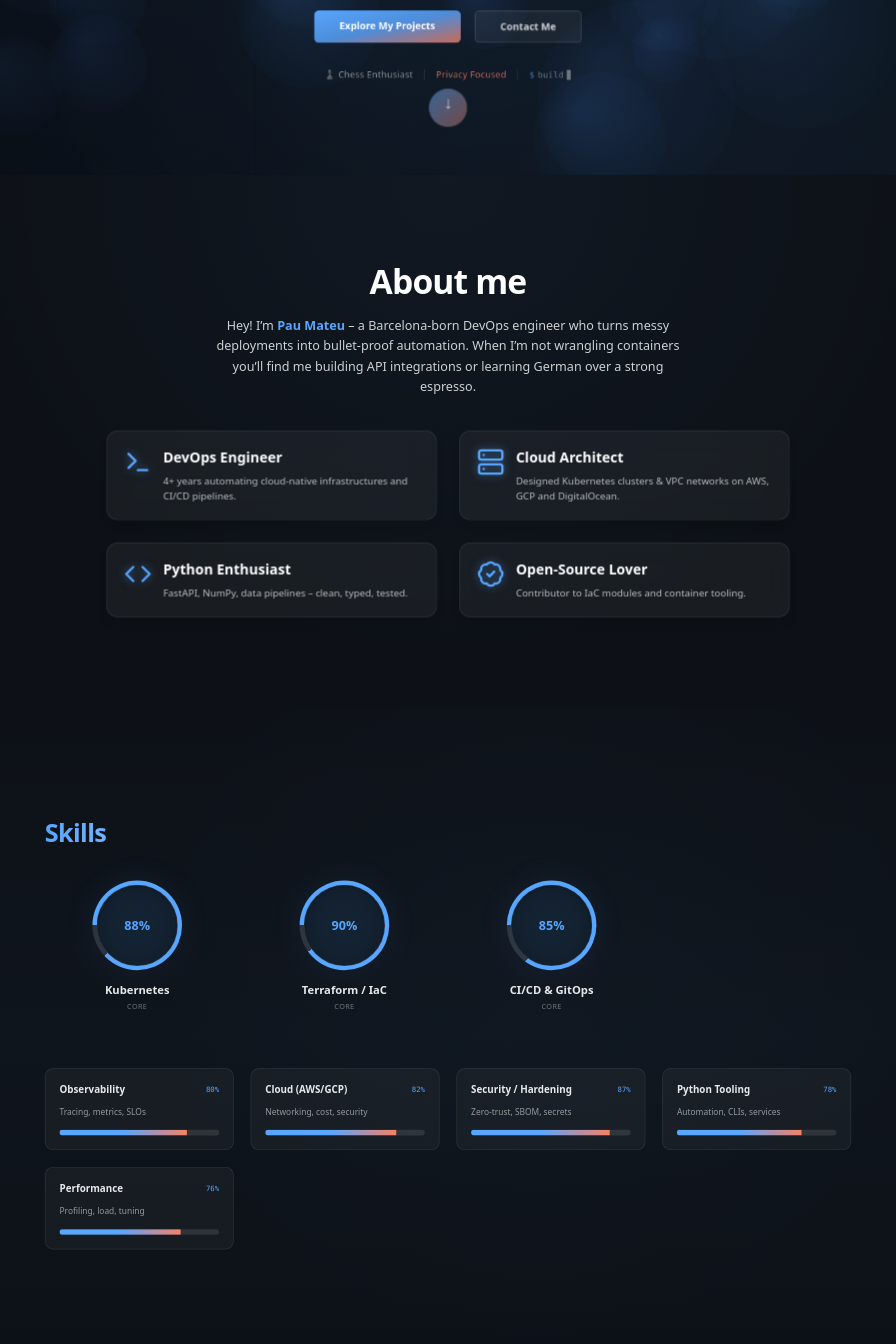
Repository: ElStevenn/webpage
Page: /
These files come from the project's save history. The page is drawn as it stood at one moment and after the next save; the edit follows.
The browser window is 1280 px wide. The pictures show the part of the page from y = 470 to 2390 px (the page is 2415 px tall before and 2580 px after), at 70% of full size.
The project was rebuilt for these pictures with package versions that can differ from the ones it lists, and the page was loaded fresh each time. The framework's server and built-in components were replaced by stand-ins that run in the browser. Also part of the build but not shown: next.config.ts.

Above is the page before, as saved 2025-07-21 15:03:48.

### src/app/layout.tsx
// src/app/layout.tsx
import type { ReactNode } from 'react'
import '../app/globals.css'
import '@/styles/background.css'
import Header from '@/components/Header'

export const metadata = {
  title: 'Pau Mateu',
  description: 'Portfolio – DevOps & Backend',
}

export default function RootLayout({ children }: { children: ReactNode }) {
  return (
    <html lang="es">
      <body className="bg-[#0D1117] text-[#C9D1D9] antialiased">
        <Header />
        {children}
      </body>
    </html>
  )
}

### src/app/page.tsx
import HeroSection from '@/components/HeroSection'
import AboutSection from '@/components/AboutSection'
import SkillsSection from '@/components/SkillsSection'
import ScrollProgressBar from '@/components/ScrollProgressBar'

export default function HomePage() {
  return (
    <main>
      <ScrollProgressBar />
      <HeroSection />
      <AboutSection />
      <SkillsSection />
    </main>
  )
}

### src/app/globals.css
@tailwind base;
@tailwind components;
@tailwind utilities;


html { scroll-behavior: smooth; }
body::-webkit-scrollbar { width: 10px; }
body::-webkit-scrollbar-track { background:#0d1117; }
body::-webkit-scrollbar-thumb {
  background: linear-gradient(#1b2733,#283647);
  border-radius:20px;
  border:2px solid #0d1117;
}
body::-webkit-scrollbar-thumb:hover { background: linear-gradient(#283647,#395068); }


html, body {
  scroll-behavior: smooth;
}

body {
  cursor: url('/images/cursor.png') 16 16, auto;
}

/* Fallback para elementos interactivos si quieres */
a, button {
  cursor: url('/images/cursor.png') 16 16, pointer;
}

section { scroll-margin-top: 90px; }

### src/styles/background.css
/* --- Fondo base minimal --- */
:root {
    --bg-base-1:#06090f;
    --bg-base-2:#0d121b;
    --bg-base-3:#111b27;
    --bubble-blue:#58A6FF;
    --bubble-accent:#2f6ea9;
  }

  .bg-base-gradient {
    position:absolute;
    inset:0;
    background:
      radial-gradient(circle at 20% 25%, rgba(88,166,255,0.12), transparent 60%),
      radial-gradient(circle at 80% 70%, rgba(88,166,255,0.08), transparent 65%),
      linear-gradient(145deg,var(--bg-base-1),var(--bg-base-2) 45%,var(--bg-base-3));
    overflow:hidden;
  }

  /* Grain (muy sutil) */
  .bg-grain {
    position:absolute;
    inset:0;
    pointer-events:none;
    mix-blend-mode:overlay;
    opacity:.07;
    background-image:
      repeating-linear-gradient(0deg, rgba(255,255,255,0.04) 0 1px, transparent 1px 2px),
      repeating-linear-gradient(90deg, rgba(255,255,255,0.035) 0 1px, transparent 1px 2px);
    background-size: 300px 300px, 260px 260px;
    animation:grain-move 12s linear infinite;
  }

  @keyframes grain-move {
    0% { transform:translate(0,0); }
    100% { transform:translate(-300px,-300px); }
  }

  /* Opcional halo tenue detrás del contenido */
  .hero-halo {
    position:absolute;
    top:50%; left:50%;
    width:65vmax; height:65vmax;
    transform:translate(-50%,-50%);
    background:
      radial-gradient(circle at 50% 50%, rgba(88,166,255,0.10), transparent 60%);
    filter:blur(40px);
    pointer-events:none;
    opacity:.6;
  }

  /* Ajustes para contraste en el hero */
  .hero-overlay-fade {
    position:absolute;
    inset:0;
    background:linear-gradient(to bottom, rgba(0,0,0,0.4), rgba(0,0,0,0.65) 70%);
    pointer-events:none;
  }

### src/components/AboutSection.tsx
// About me section – scroll friendly, animated highlights
'use client'

import { motion } from 'framer-motion'
import { BadgeCheck, Code, Server, Terminal } from 'lucide-react'

const HIGHLIGHTS = [
  {
    Icon: Terminal,
    title: 'DevOps Engineer',
    blurb: '4+ years automating cloud‑native infrastructures and CI/CD pipelines.'
  },
  {
    Icon: Server,
    title: 'Cloud Architect',
    blurb: 'Designed Kubernetes clusters & VPC networks on AWS, GCP and DigitalOcean.'
  },
  {
    Icon: Code,
    title: 'Python Enthusiast',
    blurb: 'FastAPI, NumPy, data pipelines – clean, typed, tested.'
  },
  {
    Icon: BadgeCheck,
    title: 'Open‑Source Lover',
    blurb: 'Contributor to IaC modules and container tooling.'
  }
] as const

export default function AboutSection() {
  return (
    <section id="about" className="relative py-24 md:py-32 bg-[radial-gradient(circle_at_top,rgba(88,166,255,0.05),transparent_70%)]">
      <div className="container mx-auto px-6 max-w-5xl">
        {/* heading */}
        <motion.h2
          initial={{ opacity: 0, y: 40 }}
          whileInView={{ opacity: 1, y: 0 }}
          transition={{ duration: 0.6 }}
          viewport={{ once: true }}
          className="text-center text-4xl md:text-5xl font-bold tracking-tight text-white"
        >
          About&nbsp;me
        </motion.h2>

        {/* intro blurb */}
        <motion.p
          initial={{ opacity: 0, y: 20 }}
          whileInView={{ opacity: 1, y: 0 }}
          transition={{ delay: 0.15, duration: 0.6 }}
          viewport={{ once: true }}
          className="mt-6 mx-auto max-w-2xl text-center text-lg text-white/80 leading-relaxed"
        >
          Hey! I’m <span className="font-semibold text-brand-blue">Pau Mateu</span> – a Barcelona‑born DevOps engineer who turns messy deployments into
          bullet‑proof automation. When I’m not wrangling containers you’ll find me building API integrations
          or learning German over a strong espresso.
        </motion.p>

        {/* highlight grid */}
        <ul className="mt-12 grid gap-8 sm:grid-cols-2">
          {HIGHLIGHTS.map(({ Icon, title, blurb }, i) => (
            <motion.li
              key={title}
              initial={{ opacity: 0, y: 30 }}
              whileInView={{ opacity: 1, y: 0 }}
              transition={{ duration: 0.5, delay: i * 0.1 }}
              viewport={{ once: true }}
              className="flex items-start space-x-4 rounded-2xl bg-white/5 p-6 backdrop-blur-lg border border-white/10 shadow-lg hover:shadow-xl transition"
            >
              <Icon className="w-10 h-10 flex-shrink-0 text-brand-blue drop-shadow-[0_0_6px_#58a6ff90]" />
              <div>
                <h3 className="text-xl font-semibold text-white">{title}</h3>
                <p className="mt-2 text-white/70 text-sm leading-normal">{blurb}</p>
              </div>
            </motion.li>
          ))}
        </ul>
      </div>
    </section>
  )
}

### src/components/ScrollProgressBar.tsx
'use client'
import { useScroll, useSpring, motion } from 'framer-motion'

export default function ScrollProgressBar() {
  const { scrollYProgress } = useScroll()
  const scaleX = useSpring(scrollYProgress, { stiffness: 140, damping: 25, mass: .4 })
  return (
    <motion.div
      style={{ scaleX }}
      className="fixed left-0 top-0 h-[3px] origin-left z-[60]
                 bg-gradient-to-r from-brand-blue via-white to-brand-coral pointer-events-none"
    />
  )
}

### src/components/OrbitalLangSwitcher.tsx
'use client'
import { useEffect, useRef, useState } from 'react'
import { motion, AnimatePresence } from 'framer-motion'

export const LANGS = [
  { code: 'en', flag: '🇬🇧', label: 'English'  },
  { code: 'es', flag: '🇪🇸', label: 'Español' },
  { code: 'de', flag: '🇩🇪', label: 'Deutsch' },
] as const
type LangCode = typeof LANGS[number]['code']

function useOutside(ref: React.RefObject<HTMLElement>, cb: () => void) {
  useEffect(() => {
    const h = (e: MouseEvent) => !ref.current?.contains(e.target as Node) && cb()
    document.addEventListener('mousedown', h)
    return () => document.removeEventListener('mousedown', h)
  }, [cb])
}

export default function OrbitalLangSwitcher({
    value,
    onChange,
    className = '',
  }: {
    value: LangCode
    onChange: (c: LangCode) => void
    className?: string
  }) {
    /* ---------- state ---------- */
    const [open, setOpen] = useState(false)
    const wrap = useRef<HTMLDivElement>(null)
    useOutside(wrap, () => setOpen(false))

    /* ---------- persistence & hotkey iguales ---------- */
    /* … todo tu código anterior sin cambios … */

    /* ---------- hover helpers ---------- */
    const hoverTO = useRef<ReturnType<typeof setTimeout> | null>(null)

    const enter = () => {
      if (hoverTO.current) clearTimeout(hoverTO.current)
      setOpen(true)
    }
    const leave = () => {
      hoverTO.current = setTimeout(() => setOpen(false), 120) // delay para no “parpadear”
    }

    /* ---------- current & others ---------- */
    const current = LANGS.find(l => l.code === value)!
    const others  = LANGS.filter(l => l.code !== value)

    /* ---------- UI ---------- */
    return (
      <div
        ref={wrap}
        onMouseEnter={enter}
        onMouseLeave={leave}
        className={`relative ${className}`}
      >
        {/* botón central */}
        <button
          onClick={() => setOpen(o => !o)}
          aria-haspopup="true"
          aria-expanded={open}
          className="relative w-10 h-10 rounded-full bg-white/5 border border-white/10
                     flex items-center justify-center text-lg backdrop-blur-md
                     text-white/80 hover:text-white transition focus:ring-2
                     focus:ring-brand-blue/50"
          title="Press L"
        >
          {current.flag}
        </button>

        {/* pop‑over */}
        <AnimatePresence>
          {open && (
            <motion.div
              initial={{ y: -4, opacity: 0, scale: .85 }}
              animate={{ y: 6,  opacity: 1, scale: 1 }}
              exit={{    y: -4, opacity: 0, scale: .85 }}
              transition={{ type:'spring', stiffness: 340, damping: 26 }}
              className="absolute left-1/2 top-full mt-3 -translate-x-1/2
                         origin-top pointer-events-auto"
            >
              <div className="absolute inset-0 rounded-xl bg-[#0f1a25]/80
                              backdrop-blur-xl border border-white/10 shadow-lg" />
              <span className="absolute top-0 left-1/2 h-full w-px
                               -translate-x-1/2 bg-gradient-to-b
                               from-white/10 via-white/5 to-transparent" />

              <ul className="relative flex flex-col items-center p-4 gap-2">
                {others.map((l, idx) => (
                  <motion.li
                    key={l.code}
                    initial={{ y: -6, opacity: 0 }}
                    animate={{ y: 0,  opacity: 1 }}
                    exit={{   y: -6, opacity: 0 }}
                    transition={{ delay: .05 + idx*.04 }}
                  >
                    <button
                      onClick={() => { onChange(l.code); setOpen(false) }}
                      className="w-11 h-11 rounded-full border border-white/15
                                 flex flex-col items-center justify-center
                                 bg-[#172634]/70 text-xs text-white/70
                                 hover:bg-brand-blue/20 hover:text-white
                                 transition-colors"
                    >
                      <span className="text-lg">{l.flag}</span>
                      <span className="leading-none text-[10px]">
                        {l.code.toUpperCase()}
                      </span>
                    </button>
                  </motion.li>
                ))}
              </ul>
            </motion.div>
          )}
        </AnimatePresence>
      </div>
    )
  }

### src/components/BackgroundFX.tsx
'use client'
import { useEffect, useRef } from 'react'

interface Props {
  bubbles?: number      // cantidad de burbujas
  speed?: number        // multiplicador de velocidad
  className?: string
}

interface Bubble {
  x: number
  y: number
  r: number
  baseR: number
  vx: number
  vy: number
  drift: number
  hueShift: number
}

export default function BackgroundFX({
  bubbles = 26,
  speed = 1,
  className = ''
}: Props) {
  const canvasRef = useRef<HTMLCanvasElement | null>(null)
  const rafRef = useRef<number>()
  const bubbleRef = useRef<Bubble[]>([])
  const timeRef = useRef(0)

  useEffect(() => {
    const canvas = canvasRef.current
    if (!canvas) return
    const ctx = canvas.getContext('2d')
    if (!ctx) return

    let w = window.innerWidth
    let h = window.innerHeight
    const dpr = window.devicePixelRatio || 1
    canvas.width = w * dpr
    canvas.height = h * dpr
    canvas.style.width = w + 'px'
    canvas.style.height = h + 'px'
    ctx.scale(dpr, dpr)

    // Config burbujas
    const createBubbles = () => {
      bubbleRef.current = Array.from({ length: bubbles }, () => {
        const r = rand(90, 300) * 0.5  // radios grandes, luego desenfoque
        return {
          x: Math.random() * w,
          y: Math.random() * h,
          r,
          baseR: r,
            vx: rand(-0.05, 0.05) * speed,
            vy: rand(-0.04, 0.04) * speed,
          drift: rand(0.4, 1.2),
          hueShift: Math.random()
        }
      })
    }

    const rand = (a: number, b: number) => a + Math.random() * (b - a)
    createBubbles()

    const draw = () => {
      timeRef.current += 0.5
      const t = timeRef.current

      ctx.clearRect(0, 0, w, h)

      // Fondo oscuro muy suave añadido al canvas (extra depth)
      const grad = ctx.createLinearGradient(0, 0, w, h)
      grad.addColorStop(0, '#0c121a')
      grad.addColorStop(1, '#101a25')
      ctx.fillStyle = grad
      ctx.fillRect(0, 0, w, h)

      // Burbujas
      for (const b of bubbleRef.current) {
        b.x += b.vx + Math.sin((t + b.drift) * 0.003) * 0.08 * b.drift
        b.y += b.vy + Math.cos((t + b.drift) * 0.003) * 0.08 * b.drift

        // wrap edges
        if (b.x < -b.r) b.x = w + b.r
        if (b.x > w + b.r) b.x = -b.r
        if (b.y < -b.r) b.y = h + b.r
        if (b.y > h + b.r) b.y = -b.r

        // ligera respiración
        b.r = b.baseR * (0.9 + Math.sin(t * 0.002 + b.drift) * 0.07)

        const cx = b.x
        const cy = b.y
        const radial = ctx.createRadialGradient(
          cx - b.r * 0.3,
          cy - b.r * 0.35,
          b.r * 0.1,
          cx,
          cy,
          b.r
        )

        // Color base azulado + shift
        const c1 = `hsla(${210 + b.hueShift * 10}, 70%, 55%, 0.18)`
        const c2 = `hsla(${210 + b.hueShift * 10}, 70%, 45%, 0.04)`
        radial.addColorStop(0, c1)
        radial.addColorStop(1, c2)

        ctx.beginPath()
        ctx.fillStyle = radial
        ctx.globalCompositeOperation = 'lighter'
        ctx.arc(cx, cy, b.r, 0, Math.PI * 2)
        ctx.fill()
      }

      // restablecer composite
      ctx.globalCompositeOperation = 'source-over'

      // Vignette suave
      const vg = ctx.createRadialGradient(
        w * 0.5, h * 0.55, w * 0.15,
        w * 0.5, h * 0.5, w * 0.8
      )
      vg.addColorStop(0, 'rgba(0,0,0,0)')
      vg.addColorStop(1, 'rgba(0,0,0,0.55)')
      ctx.fillStyle = vg
      ctx.fillRect(0, 0, w, h)

      rafRef.current = requestAnimationFrame(draw)
    }
    draw()

    const onResize = () => {
      w = window.innerWidth
      h = window.innerHeight
      const d = window.devicePixelRatio || 1
      canvas.width = w * d
      canvas.height = h * d
      canvas.style.width = w + 'px'
      canvas.style.height = h + 'px'
      ctx.setTransform(1, 0, 0, 1, 0, 0)
      ctx.scale(d, d)
      createBubbles()
    }

    window.addEventListener('resize', onResize)

    const vis = () => {
      if (document.hidden && rafRef.current) {
        cancelAnimationFrame(rafRef.current)
      } else if (!document.hidden) {
        draw()
      }
    }
    document.addEventListener('visibilitychange', vis)

    return () => {
      window.removeEventListener('resize', onResize)
      document.removeEventListener('visibilitychange', vis)
      if (rafRef.current) cancelAnimationFrame(rafRef.current)
    }
  }, [bubbles, speed])

  return (
    <div className={`absolute inset-0 -z-10 ${className}`}>
      <div className="bg-base-gradient" />
      <div className="hero-halo" />
      <div className="bg-grain" />
      <canvas
        ref={canvasRef}
        className="absolute inset-0 w-full h-full opacity-[0.55]"
      />
    </div>
  )
}

Loaded but not shown: tailwind.config.js (44 lines, source omitted); src/components/Header.tsx (324 lines, source omitted); src/components/HeroSection.tsx (231 lines, source omitted); src/components/SkillsSection.tsx (116 lines, source omitted)

After the next save:
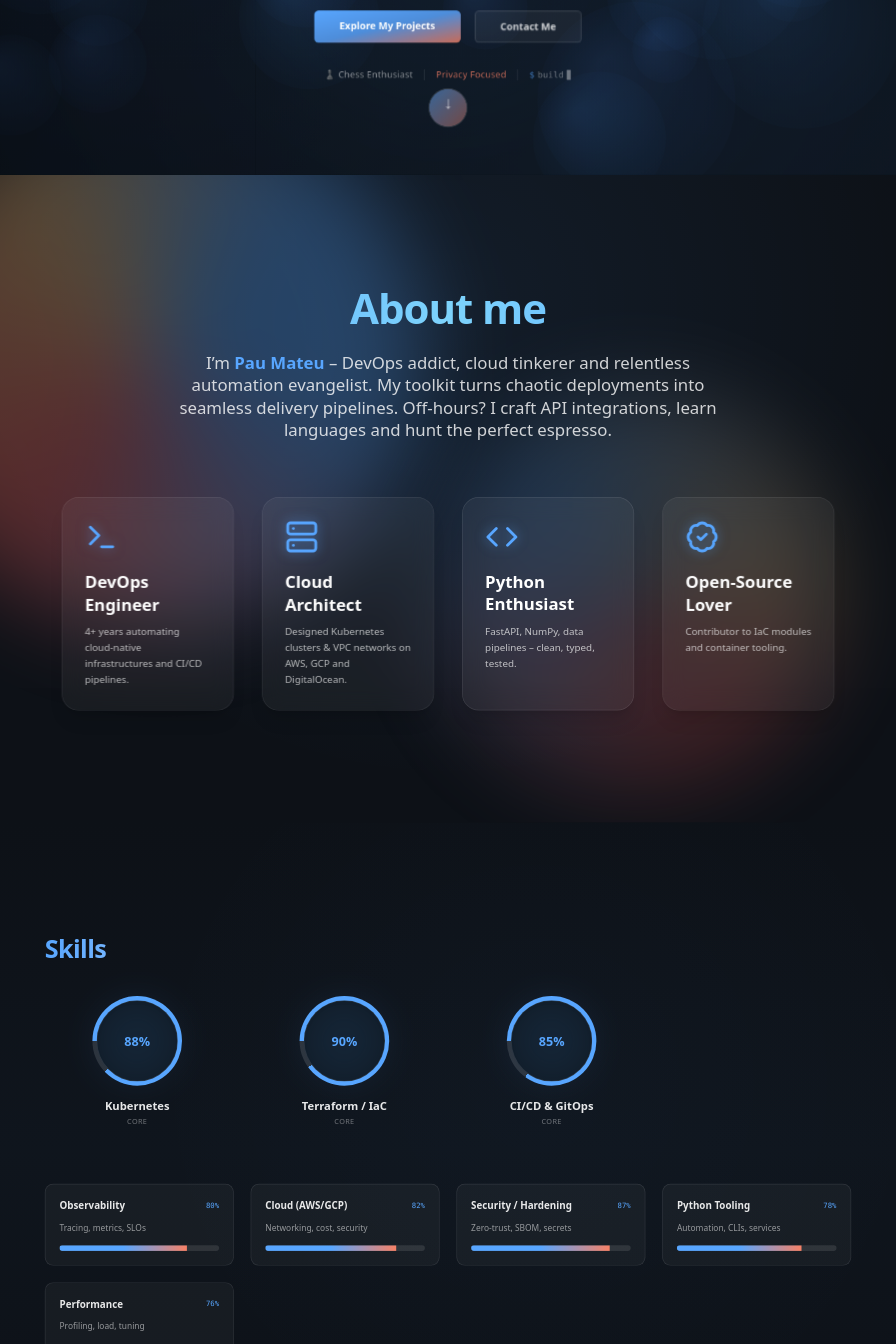
Saved 7 min 21 s later.
--- a/src/components/AboutSection.tsx
+++ b/src/components/AboutSection.tsx
@@ -1,8 +1,13 @@
-// About me section – scroll friendly, animated highlights
+// About me – animated, gradient‑driven eye‑candy ✨
 'use client'
 
 import { motion } from 'framer-motion'
-import { BadgeCheck, Code, Server, Terminal } from 'lucide-react'
+import {
+  BadgeCheck,
+  Code as CodeIcon,
+  Server,
+  Terminal
+} from 'lucide-react'
 
 const HIGHLIGHTS = [
   {
@@ -16,7 +21,7 @@ const HIGHLIGHTS = [
     blurb: 'Designed Kubernetes clusters & VPC networks on AWS, GCP and DigitalOcean.'
   },
   {
-    Icon: Code,
+    Icon: CodeIcon,
     title: 'Python Enthusiast',
     blurb: 'FastAPI, NumPy, data pipelines – clean, typed, tested.'
   },
@@ -28,49 +33,80 @@ const HIGHLIGHTS = [
 ] as const
 
 export default function AboutSection() {
+  /* blob motion */
+  const blobVariants = {
+    animate: {
+      x: [0, -100, 50, 0],
+      y: [0, -50, 100, 0],
+      rotate: [0, 45, -45, 0],
+      transition: {
+        repeat: Infinity,
+        repeatType: 'mirror',
+        duration: 25,
+        ease: 'easeInOut'
+      }
+    }
+  }
+
   return (
-    <section id="about" className="relative py-24 md:py-32 bg-[radial-gradient(circle_at_top,rgba(88,166,255,0.05),transparent_70%)]">
-      <div className="container mx-auto px-6 max-w-5xl">
+    <section id="about" className="relative py-28 md:py-40 overflow-hidden">
+      {/* background blobs & gradient grid */}
+      <div className="absolute inset-0 -z-10 pointer-events-none">
+        <div className="absolute inset-0 bg-[radial-gradient(circle_at_50%_20%,rgba(88,166,255,0.08),transparent_70%)]" />
+        <motion.div
+          variants={blobVariants}
+          animate="animate"
+          className="absolute -top-20 -left-20 w-[60vw] h-[60vw] rounded-full bg-[conic-gradient(from_var(--angle),#58a6ff_20%,#ff5e5b_50%,#ffc371_80%,#58a6ff_100%)] opacity-30 blur-3xl"
+          style={{ '--angle': '0deg' } as React.CSSProperties}
+        />
+        <motion.div
+          variants={blobVariants}
+          animate="animate"
+          className="absolute bottom-0 right-0 w-[45vw] h-[45vw] rounded-full bg-[conic-gradient(from_var(--angle),#ff5e5b_10%,#58a6ff_50%,#ffc371_90%,#ff5e5b_100%)] opacity-20 blur-3xl"
+          style={{ '--angle': '90deg' } as React.CSSProperties}
+        />
+      </div>
+
+      <div className="container mx-auto px-6 max-w-6xl">
         {/* heading */}
         <motion.h2
-          initial={{ opacity: 0, y: 40 }}
+          initial={{ opacity: 0, y: 50 }}
           whileInView={{ opacity: 1, y: 0 }}
-          transition={{ duration: 0.6 }}
+          transition={{ duration: 0.7 }}
           viewport={{ once: true }}
-          className="text-center text-4xl md:text-5xl font-bold tracking-tight text-white"
+          className="text-center text-5xl md:text-6xl font-extrabold tracking-tight bg-gradient-to-r from-brand-blue via-sky-300 to-brand-blue bg-clip-text text-transparent"
         >
           About&nbsp;me
         </motion.h2>
 
-        {/* intro blurb */}
+        {/* intro */}
         <motion.p
-          initial={{ opacity: 0, y: 20 }}
+          initial={{ opacity: 0, y: 30 }}
           whileInView={{ opacity: 1, y: 0 }}
-          transition={{ delay: 0.15, duration: 0.6 }}
+          transition={{ delay: 0.1, duration: 0.7 }}
           viewport={{ once: true }}
-          className="mt-6 mx-auto max-w-2xl text-center text-lg text-white/80 leading-relaxed"
+          className="mt-8 mx-auto max-w-3xl text-center text-xl md:text-2xl text-white/80 leading-relaxed"
         >
-          Hey! I’m <span className="font-semibold text-brand-blue">Pau Mateu</span> – a Barcelona‑born DevOps engineer who turns messy deployments into
-          bullet‑proof automation. When I’m not wrangling containers you’ll find me building API integrations
-          or learning German over a strong espresso.
+          I’m <span className="font-semibold text-brand-blue">Pau&nbsp;Mateu</span> – DevOps addict, cloud tinkerer and relentless
+          automation evangelist. My toolkit turns chaotic deployments into seamless delivery pipelines.
+          Off‑hours? I craft API integrations, learn languages and hunt the perfect espresso.
         </motion.p>
 
-        {/* highlight grid */}
-        <ul className="mt-12 grid gap-8 sm:grid-cols-2">
+        {/* highlights */}
+        <ul className="mt-20 grid gap-10 sm:grid-cols-2 lg:grid-cols-4">
           {HIGHLIGHTS.map(({ Icon, title, blurb }, i) => (
             <motion.li
               key={title}
-              initial={{ opacity: 0, y: 30 }}
-              whileInView={{ opacity: 1, y: 0 }}
-              transition={{ duration: 0.5, delay: i * 0.1 }}
+              initial={{ opacity: 0, y: 40, rotateX: -10 }}
+              whileInView={{ opacity: 1, y: 0, rotateX: 0 }}
+              transition={{ duration: 0.6, delay: i * 0.1 }}
               viewport={{ once: true }}
-              className="flex items-start space-x-4 rounded-2xl bg-white/5 p-6 backdrop-blur-lg border border-white/10 shadow-lg hover:shadow-xl transition"
+              whileHover={{ scale: 1.04, rotateX: 3, rotateY: -3 }}
+              className="group rounded-3xl p-8 bg-white/5 backdrop-blur-lg border border-white/10 shadow-xl hover:shadow-2xl transition-transform"
             >
-              <Icon className="w-10 h-10 flex-shrink-0 text-brand-blue drop-shadow-[0_0_6px_#58a6ff90]" />
-              <div>
-                <h3 className="text-xl font-semibold text-white">{title}</h3>
-                <p className="mt-2 text-white/70 text-sm leading-normal">{blurb}</p>
-              </div>
+              <Icon className="w-12 h-12 text-brand-blue drop-shadow-[0_0_8px_#58a6ff90] group-hover:scale-110 transition-transform" />
+              <h3 className="mt-6 text-2xl font-semibold text-white">{title}</h3>
+              <p className="mt-3 text-white/70 leading-relaxed text-sm">{blurb}</p>
             </motion.li>
           ))}
         </ul>
